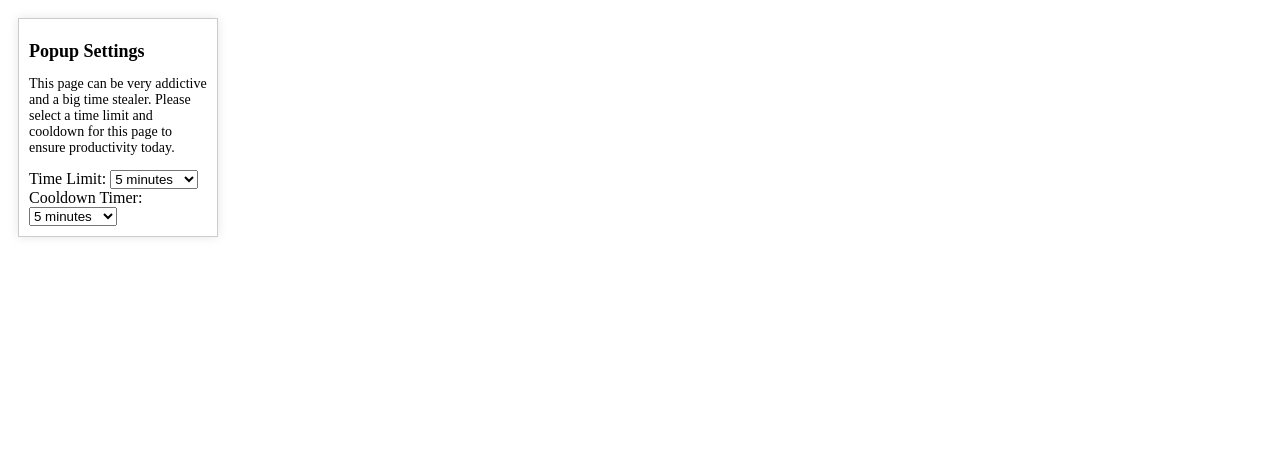
Repository: AndrlmMass/Time-management-chrome-extension
Page: popup2.html
These files come from the project's save history. The page is drawn as it stood at one moment and after the next save; the edit follows.
The browser window is 1280 px wide. The pictures show the whole page.

Above is the page before, as saved 2023-08-24 20:39:44.

After the next save:
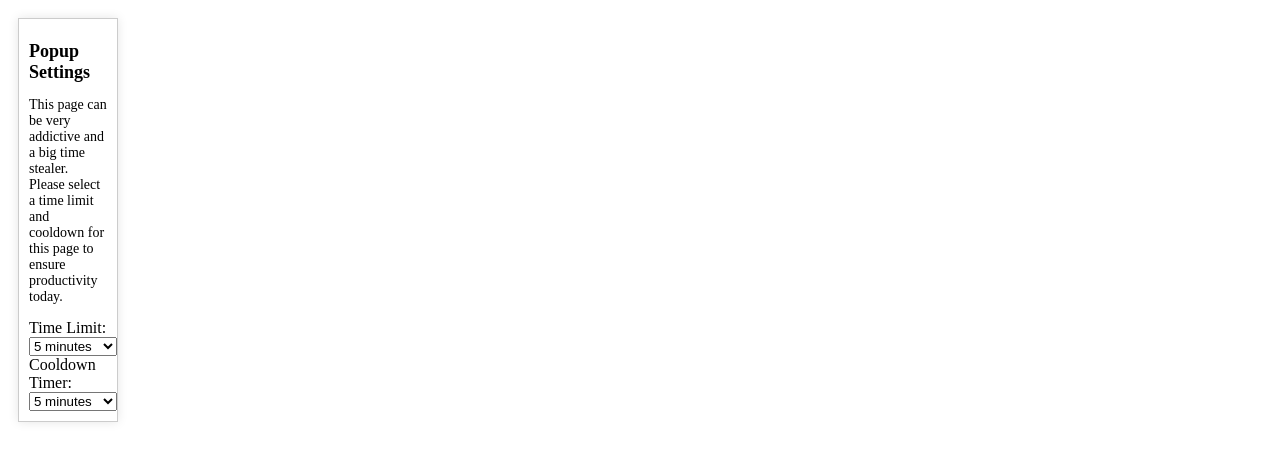
Saved 119 s later.
--- a/popup.css
+++ b/popup.css
@@ -1,5 +1,5 @@
 body {
-  width: 200px;
+  width: 100px;
   padding: 10px;
 }
 
